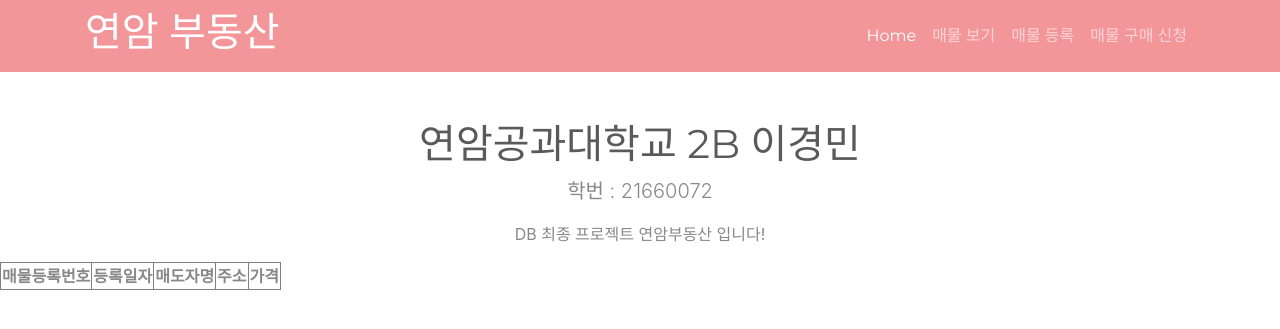
Repository: Leekm0912/2-1_JSP-DB_Project
Page: http://localhost/WebTest/DB/ViewTable.jsp
These files come from the project's save history. The page is drawn as it stood at one moment and after the next save; the edit follows.
The browser window is 1280 px wide. The pictures show the whole page.
The page is served by Tomcat 9. Queries for data that is not in the repository find no rows.

Above is the page before, as saved 2020-06-10 03:29:12.

After the next save:
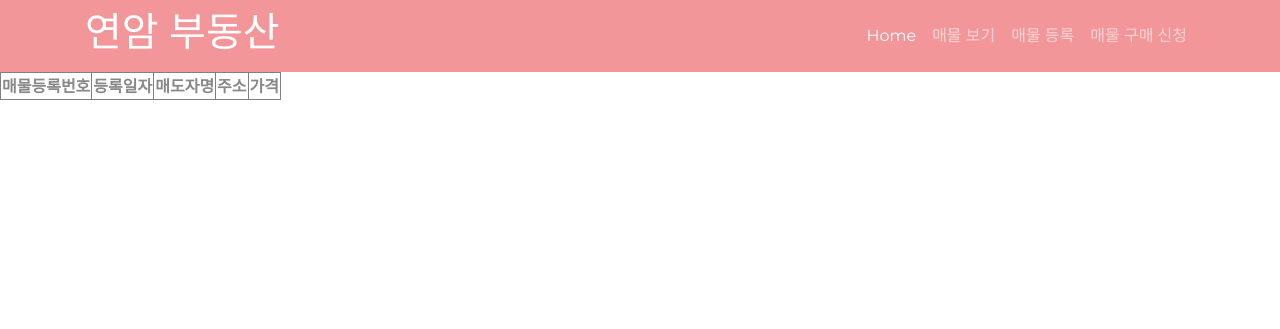
Saved 20 s later.
--- a/WebTest/WebContent/DB/ViewTable.jsp
+++ b/WebTest/WebContent/DB/ViewTable.jsp
@@ -54,27 +54,7 @@
   </nav>
 
   <!-- Page Content -->
-  <div class="container">
-    <div class="row">
-      <div class="col-lg-12 text-center">
-        <h1 class="mt-5">연암공과대학교 2B 이경민</h1>
-        <p class="lead">학번 : 21660072</p>
-        <p>DB 최종 프로젝트 연암부동산 입니다!</p>
-      </div>
-    </div>
-  </div>
-
-  <!-- Bootstrap core JavaScript -->
-  <script src="vendor/jquery/jquery.slim.min.js"></script>
-  <script src="vendor/bootstrap/js/bootstrap.bundle.min.js"></script>
-
-</body>
-
-</html>
-
-
-
-<%
+  <%
 	Connection con = null;
 	String url = "jdbc:oracle:thin:@localhost:1521:orcl";
 	/* 11g express edition은 orcl 대신 XE를 입력한다. */
@@ -145,3 +125,11 @@
 		e.printStackTrace();
 }
 %>
+
+  <!-- Bootstrap core JavaScript -->
+  <script src="vendor/jquery/jquery.slim.min.js"></script>
+  <script src="vendor/bootstrap/js/bootstrap.bundle.min.js"></script>
+
+</body>
+
+</html>
